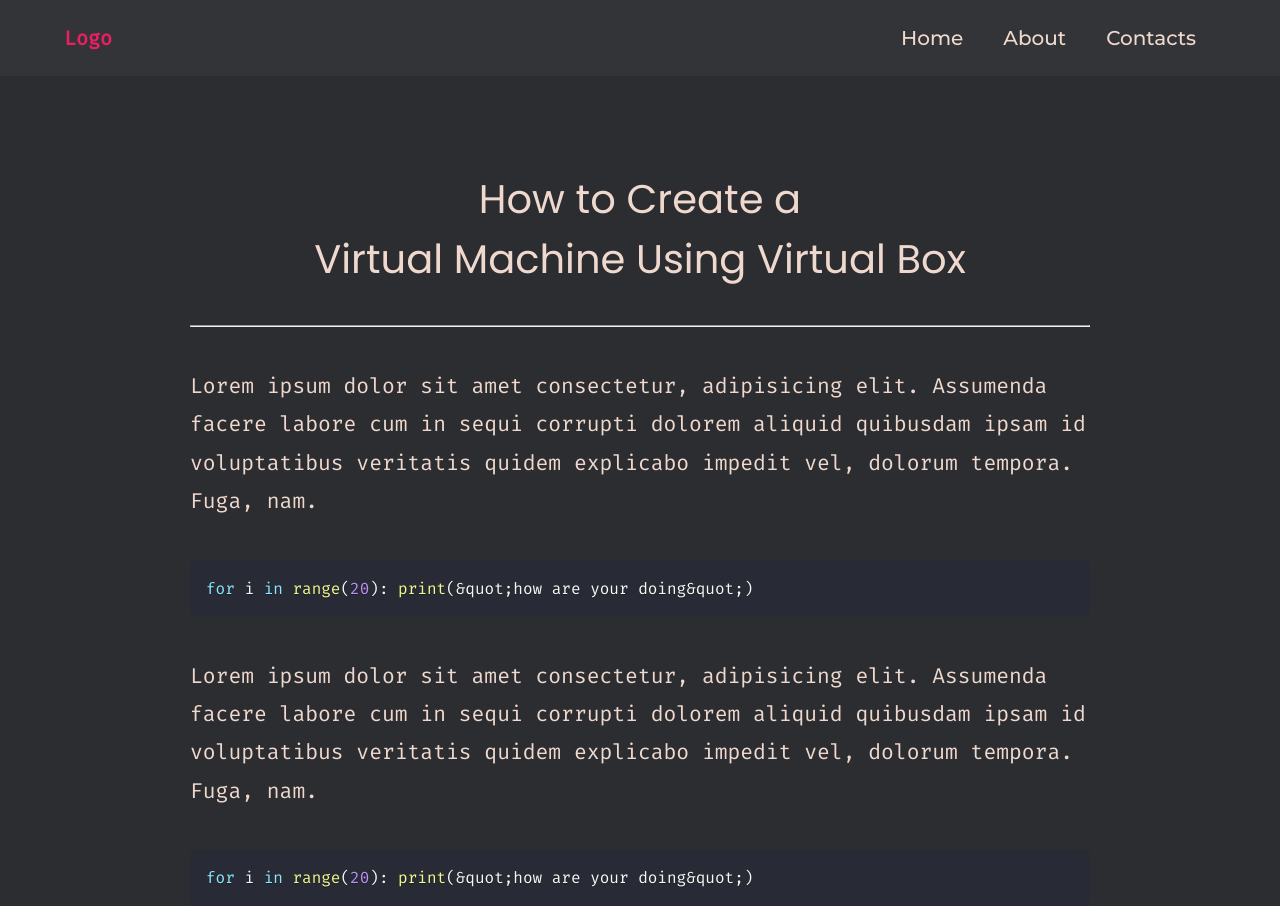
Repository: BuddyBob/thavasantonio
Page: /#/virtual-machine
An editor plug-in stored every save of this project. The page is shown before and after the next save, followed by the edit.
The browser window is 1280 px wide. The pictures show the whole page.
The project was rebuilt for these pictures with package versions that can differ from the ones it lists, and the page was loaded fresh each time. A package was used in the major version that the imports need, not the one package.json lists. Also part of the build but not shown: src/components/Card.js, src/Home.js.

Above is the page before, as saved 2021-08-20 15:23:40.

After the next save:
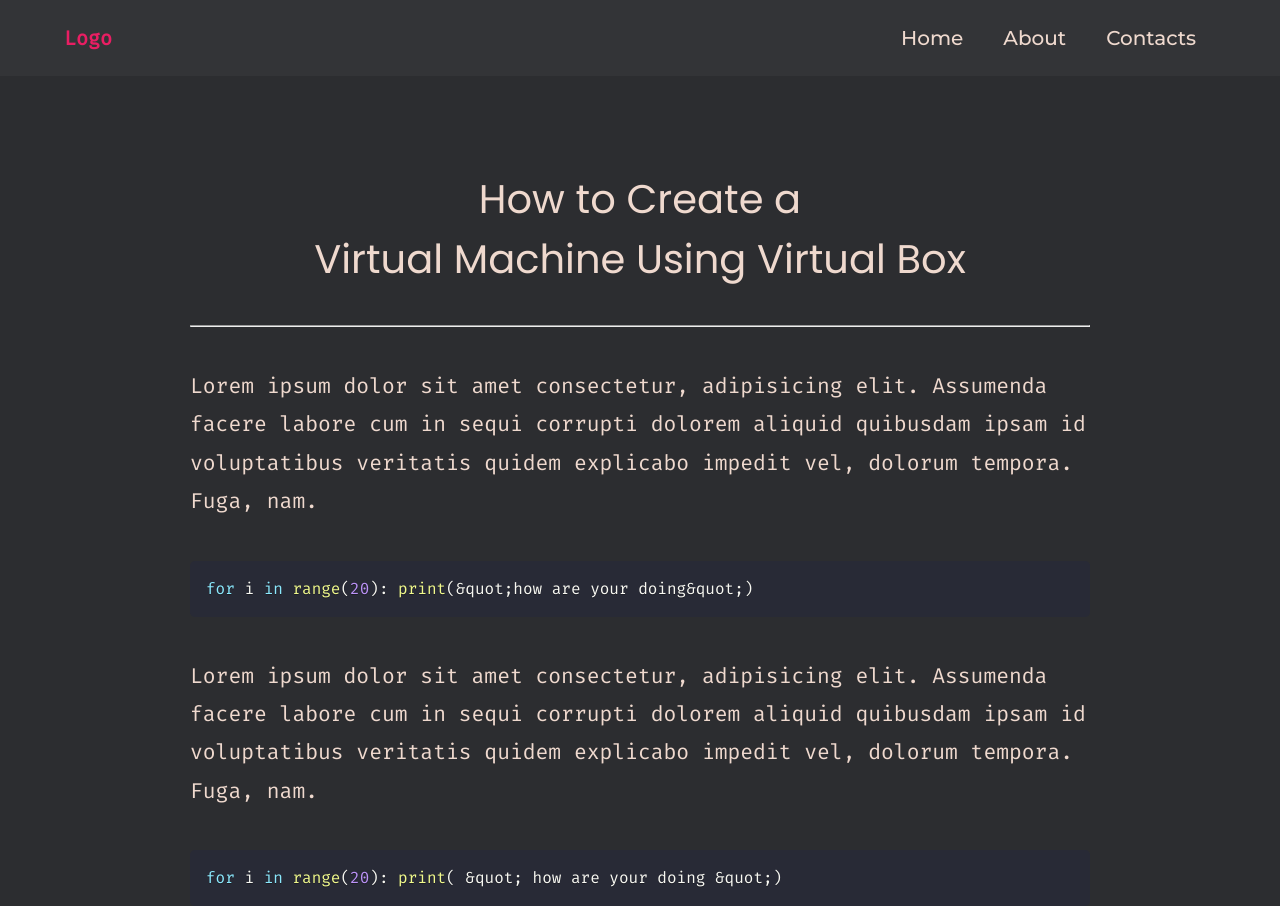
Saved 22 s later.
--- a/src/components/Pages/Virtual-Machine/VM.js
+++ b/src/components/Pages/Virtual-Machine/VM.js
@@ -18,7 +18,7 @@ export default function VM() {
                         <p>
                             Lorem ipsum dolor sit amet consectetur, adipisicing elit. Assumenda facere labore cum in sequi corrupti dolorem aliquid quibusdam ipsam id voluptatibus veritatis quidem explicabo impedit vel, dolorum tempora. Fuga, nam.
                         </p>
-                        <CodeBlock language="javascript" codeString={"for i in range(20): print(&quot;how are your doing&quot;)"}/>
+                        <CodeBlock language="javascript" codeString={"for i in range(20): print( &quot; how are your doing &quot;)"}/>
                     </div>
                 </div>
             </div>
